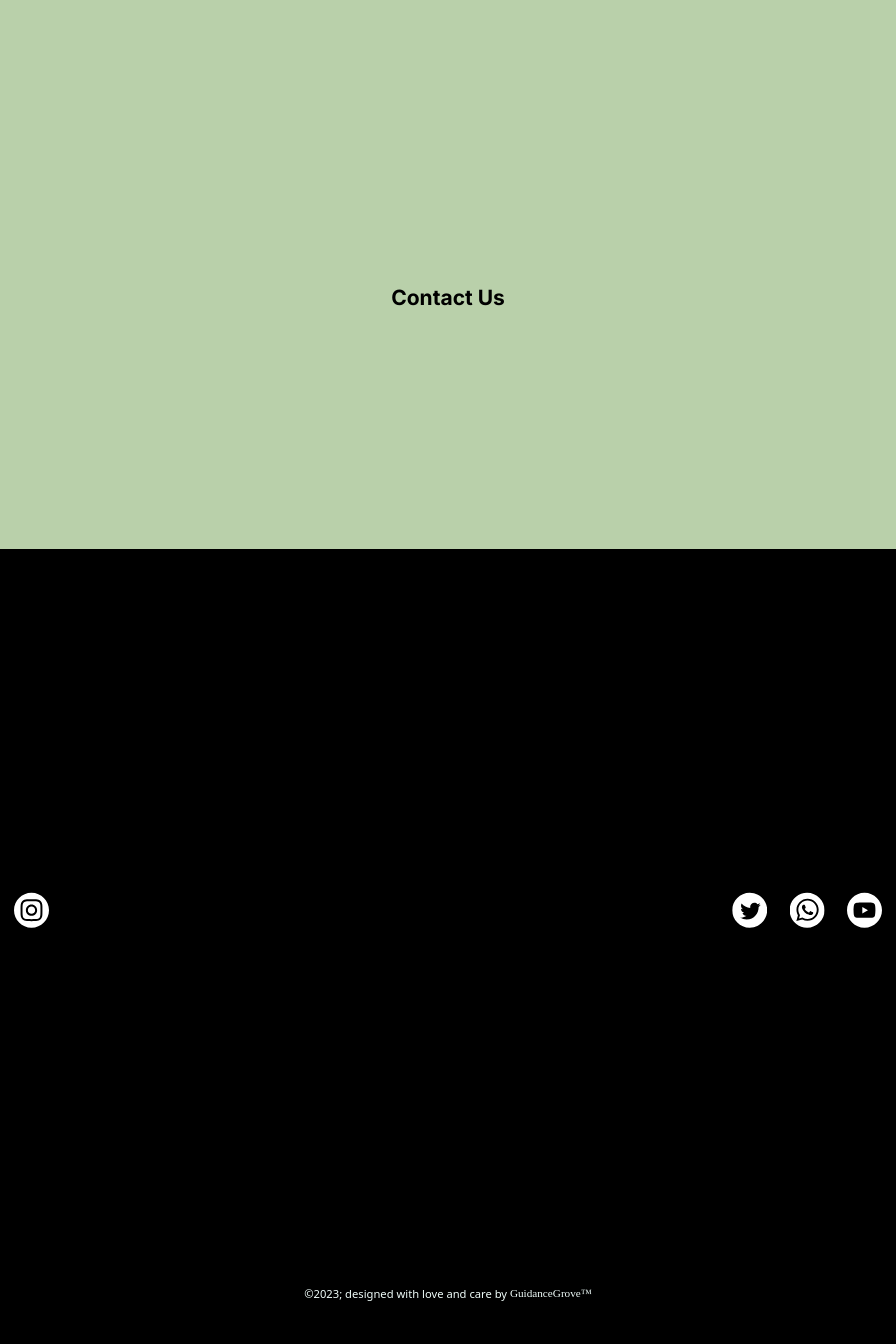
Repository: PositiveGuy/GuidanceGrove
Page: /
An editor plug-in stored every save of this project. The page is shown before and after the next save, followed by the edit.
The browser window is 1280 px wide. The pictures show the part of the page from y = 2816 to 4736 px (the page is 4736 px tall before and 3874 px after), at 70% of full size.
The project was rebuilt for these pictures with package versions that can differ from the ones it lists, and the page was loaded fresh each time. The framework's server and built-in components were replaced by stand-ins that run in the browser. Also part of the build but not shown: next.config.js.

Above is the page before, as saved 2023-12-28 11:59:19.

### src/app/layout.tsx
import React from 'react';
import Header from '../components/header';
import Footer from '../components/footer';
import { Inter } from 'next/font/google';
import './globals.css';
import { ThemeContextProvider } from '@/context/ThemeContext';
import ThemeProvider from '@/providers/ThemeProvider';
import ThemeWrapper from '@/components/ThemeWrapper';

//font
const inter = Inter({ subsets: ['latin'] });



//header and footer layout
const RootLayout = ({ children }: { children: React.ReactNode }) => {
  return (
    <html lang='en'>
      <body>
        <ThemeContextProvider>
          <ThemeProvider>
            <Header />
            <ThemeWrapper>
              <main className={inter.className}>{children}</main>
            </ThemeWrapper>
            <Footer />
          </ThemeProvider>
        </ThemeContextProvider>
      </body>
    </html>
  );
};

export default RootLayout;

### src/app/page.tsx
import React from 'react';
//components import
import BelieveSection from '../components/BelieveSection';
import ServicesSection from '../components/ServicesSection';
import TestimonialsSection from '../components/TestimonialsSection';
import CallToActionSection from '../components/CallToActionSection';
import ContactSection from '../components/ContactSection';


//page layout
const Page = () => {
  return (
    <>
      <BelieveSection />
      <ServicesSection />
      <TestimonialsSection />
      <CallToActionSection />
      <ContactSection />
    </>
  );
};

export default Page;

### src/components/header.tsx
"use client"
import ThemeToggle from "./ThemeToggle";


const Header = () => {
  return (
    <nav className="fixed z-50 w-full flex justify-between items-center p-5 bg-black">
      {/* Left Side: Logo and GuidanceGrove™ */}
      <div className="flex items-center space-x-3">
        <img src="/Logo/guidance-grove-logo.png" alt="Guidance Grove Logo" className="h-12 w-12 rounded-full" />
        <div className="text-xl font-caveat font-bold text-white">
          GuidanceGrove™
        </div>
      </div>

      {/* Center: Navigation Links */}
      <div>
        <ul className="flex space-x-4">
          <li><a href="/" className="text-neutral-400 hover:text-white">Home</a></li>
          <li><a href="/about" className="text-neutral-400 hover:text-white">About</a></li>
          <li><a href="/services" className="text-neutral-400 hover:text-white">Services</a></li>
          <li><a href="/contact" className="text-neutral-400 hover:text-white">Contact</a></li>
        </ul>
      </div>

      {/* Right Side: Placeholders for Language, Search, and Dark Mode Toggle */}
      <div className="flex items-center space-x-3">
        <div className="text-white">Language</div>
        <div className="text-white">Search</div>
        <ThemeToggle />
      </div>
    </nav>
  );
};

export default Header;

### src/components/footer.tsx
"use client"
import { ThemeContext } from "@/context/ThemeContext";
import Image from "next/image";
import { useContext } from "react";
import Fb from "../../public/SVGs/fb";

const Footer = () => {
  const { theme } = useContext(ThemeContext)
  return (
    <footer className={`p-5 bg-black shadow-inner text-center  `}>
      <div className={`flex justify-center space-x-8 mt-10 `}>
        {/* Placeholder for social icons */}
        <Image src={"/SVGs/ig.svg"} width={50} height={50} alt="ig"></Image>
        <Fb />
        <Image src={"/SVGs/tw.svg"} width={50} height={50} alt="tw"></Image>
        <Image src={"/SVGs/wa.svg"} width={50} height={50} alt="wa"></Image>
        <Image src={"/SVGs/yt.svg"} width={50} height={50} alt="in"></Image>
      </div>

      <div className="flex justify-center space-x-1 mb-10 text-teal-50">
        <div className="mt-20">
          ©2023; designed with love and care by
        </div>
        <div className="mt-20 font-caveat">
          GuidanceGrove™
        </div>
      </div>
    </footer>
  );
};
//make GuidanceGrove in font Caveat
export default Footer;

### src/app/globals.css
@tailwind base;
@tailwind components;
@tailwind utilities;

:root {
  --foreground-rgb: 0, 0, 0;
  --background-start-rgb: 214, 219, 220;
  --background-end-rgb: 255, 255, 255;
}

@media (prefers-color-scheme: dark) {
  :root {
    --foreground-rgb: 255, 255, 255;
    --background-start-rgb: 0, 0, 0;
    --background-end-rgb: 0, 0, 0;
  }
}

body {
  color: rgb(var(--foreground-rgb));
  background: linear-gradient(
      to bottom,
      transparent,
      rgb(var(--background-end-rgb))
    )
    rgb(var(--background-start-rgb));
}

.custom-shadow {
    box-shadow: 0 2px 4px rgba(0, 0, 0, 0.2);
}

### src/context/ThemeContext.tsx
"use client"
import { createContext, useState, ReactNode, useEffect } from "react"

interface ChildrenProps {
    children: ReactNode
}

interface ThemeContextType {
    theme: string
    toggle: () => void
}

// This component is responsible to registering and remembering what theme was chosen by the user
// we use local storage for that
export const ThemeContext = createContext<ThemeContextType>({
    theme: "light",
    toggle: () => { },
})

function getFromLocalStorage() {
    if (typeof window === "undefined") {
        return "light";
    }
    const storedTheme = localStorage.getItem("theme");
    console.log("Initial theme from localStorage:", storedTheme); // Debug log
    return storedTheme || "light";
}


export const ThemeContextProvider = ({ children }: ChildrenProps) => {
    const [theme, setTheme] = useState<string>(getFromLocalStorage)

    // since next.js uses server side rendering, we must specify if the transition to client is completed
    const toggle = () => {
        setTheme(prevTheme => prevTheme === "light" ? "dark" : "light");
    };



    useEffect(() => {
        console.log("Updating theme in localStorage to:", theme); // Debug log
        localStorage.setItem("theme", theme);
    }, [theme]);



    return <ThemeContext.Provider value={{ theme, toggle }}>{children}</ThemeContext.Provider>
}

### src/providers/ThemeProvider.tsx
"use client"

import { ThemeContext } from "@/context/ThemeContext"
import { useState, useEffect, useContext, ReactNode } from "react"


interface ChildrenProps {
    children: ReactNode
}

// this component is created to keep the layout/page as server side rendered.
// useContext() requires you to have "use client"

export default function ThemeProvider({ children }: ChildrenProps) {
    const { theme } = useContext(ThemeContext)
    const [mounted, setMounted] = useState(false)

    useEffect(() => {
        setMounted(true)
    }, [])

    if (mounted) {
        return <div className={theme}>{children}</div>
    }
    return <div className={theme}>{children}</div>
}

### src/components/ThemeWrapper.tsx
"use client"
import React, { useContext } from 'react';
import { ThemeContext } from '@/context/ThemeContext';

const ThemeWrapper = ({ children }: { children: React.ReactNode }) => {
    const { theme } = useContext(ThemeContext);

    return (
        <div className={`${theme === "light" ? " bg-sage text-black" : "bg-gray-700 text-slate-400"}`}>
            {children}
        </div>
    );
};

export default ThemeWrapper;

### src/components/BelieveSection.tsx
"use client"
import { ThemeContext } from "@/context/ThemeContext";
import { useContext } from "react";

const BelieveSection = () => {
  const { theme } = useContext(ThemeContext)
  return (
    <div id="believe" className={`h-screen flex items-center justify-center`}>
      <div className="text-center">
        <h2 className="text-3xl font-bold">What We Believe</h2>
        <p className="mt-4">At Guidance Grove, we are dedicated to illuminating the path of learning for every student.
          We believe that education is a journey best navigated with support, understanding, and personalized guidance.
          Our mission is to provide a nurturing environment where learners of all ages and backgrounds
          can discover their potential, overcome challenges, and achieve their academic goals.
          Through a combination of expert tutoring, mentorship, and a commitment to individual growth,
          we strive to empower students to take confident steps towards their future,
          fostering lifelong learners who are equipped to navigate the world with knowledge and curiosity.</p>
      </div>
    </div>
  );
};

export default BelieveSection;

### src/components/ServicesSection.tsx
"use client"
import { ThemeContext } from "@/context/ThemeContext";
import { useContext } from "react";

const ServicesSection = () => {
  const { theme } = useContext(ThemeContext)
  return (
    <div id="services" className={`h-screen flex items-center justify-center  `}>
      <div className="text-center">
        <h2 className="text-3xl font-bold">What We Do</h2>
        {/* Add service details here */}
      </div>
    </div>
  );
};

export default ServicesSection;

### src/components/TestimonialsSection.tsx
"use client"
import { ThemeContext } from "@/context/ThemeContext";
import { useContext } from "react";

const TestimonialsSection = () => {
  const { theme } = useContext(ThemeContext)
  return (
    <div id="testimonials" className={`h-screen flex items-center justify-center   `}>
      <div className="text-center">
        <h2 className="text-3xl font-bold">What People Say</h2>
        {/* Add testimonials here */}
      </div>
    </div>
  );
};

export default TestimonialsSection;

### src/components/CallToActionSection.tsx
"use client"
import { ThemeContext } from "@/context/ThemeContext";
import { useContext } from "react";

const CallToActionSection = () => {
  const { theme } = useContext(ThemeContext)
  return (
    <div id="cta" className={`h-screen flex items-center justify-center  `}>
      <div className="container mx-auto px-4 sm:px-6 lg:px-8">
        <div className="flex flex-wrap -mx-4 items-center">
          <div className="text-left lg:w-1/2 px-4 mb-4 lg:mb-0">
            <h2 className="text-5xl font-bold">Payments tool for software companies</h2>
            <p className="mt-2 text-lg">From checkout to global sales tax compliance, companies around the world use Flowbite to simplify their payment stack.</p>
            <button className="mt-4 bg-blue-500 text-white py-2 px-4 rounded hover:bg-blue-700">
              Get started ➤
            </button>
          </div>
          <div className="lg:w-1/2 px-4 flex justify-center lg:justify-end">
            <img src="DALLE/career.png" alt="Software Payment Tool" className="object-contain lg:object-cover h-80 w-full lg:w-auto rounded-lg shadow-lg" />
          </div>
        </div>
      </div>
    </div>
  );
};

export default CallToActionSection;

### src/components/ContactSection.tsx
"use client"
import { ThemeContext } from "@/context/ThemeContext";
import { useContext } from "react";

const ContactSection = () => {
  const { theme } = useContext(ThemeContext)
  return (
    <div id="contact" className={`h-screen flex items-center justify-center  `}>
      <div className="text-center">
        <h2 className="text-3xl font-bold">Contact Us</h2>
        {/* Add contact form or information here */}
      </div>
    </div>
  );
};

export default ContactSection;

### src/components/ThemeToggle.tsx
"use client"
import { useContext } from 'react'
import { Switch } from '@headlessui/react'
import { ThemeContext } from '@/context/ThemeContext'

export default function Example() {
    const { toggle, theme } = useContext(ThemeContext)

    // Determine if the switch should be on or off based on the current theme
    const isDarkMode = theme === 'dark'

    return (
        <div className="flex items-center justify-center p-6"> {/* Adjusted for centering */}
            <Switch
                checked={isDarkMode}
                onChange={toggle} // Use the toggle function from context
                className={`${isDarkMode ? 'bg-teal-900' : 'bg-teal-700'}
                    relative inline-flex items-center h-6 rounded-full w-11 transition-colors focus:outline-none`}
            >
                <span className="sr-only">Toggle theme</span>
                <span
                    aria-hidden="true"
                    className={`${isDarkMode ? 'translate-x-6' : 'translate-x-1'}
                        inline-block w-4 h-4 transform bg-white rounded-full transition-transform`}
                />
            </Switch>
        </div>
    )
}

### public/SVGs/fb.tsx
import { useContext } from 'react';
import { ThemeContext } from '@/context/ThemeContext'; // Adjust the import path as needed

const MySVG = () => {
  const { theme } = useContext(ThemeContext);

  return (
    <svg
      className={theme === 'dark' ? 'filter invert' : ''}
      height="100%"
      style={{ fillRule: 'evenodd', clipRule: 'evenodd', strokeLinejoin: 'round', strokeMiterlimit: 2 }}
      version="1.1"
      viewBox="0 0 512 512"
      width="100%"
      xmlns="http://www.w3.org/2000/svg"
    >
      <path
        d="M512,257.555c0,-141.385 -114.615,-256 -256,-256c-141.385,0 -256,114.615 -256,256c0,127.777 93.616,233.685 216,252.89l0,-178.89l-65,0l0,-74l65,0l0,-56.4c0,-64.16 38.219,-99.6 96.695,-99.6c28.009,0 57.305,5 57.305,5l0,63l-32.281,0c-31.801,0 -41.719,19.733 -41.719,39.978l0,48.022l71,0l-11.35,74l-59.65,0l0,178.89c122.385,-19.205 216,-125.113 216,-252.89Z"
        style={{ fill: 'currentColor' }}
      />
    </svg>
  );
};

export default MySVG;

### tailwind.config.ts
import type { Config } from 'tailwindcss'

const config: Config = {
  content: [
    './src/pages/**/*.{js,ts,jsx,tsx,mdx}',
    './src/components/**/*.{js,ts,jsx,tsx,mdx}',
    './src/app/**/*.{js,ts,jsx,tsx,mdx}',
  ],
  theme: {
    extend: {
      backgroundImage: {
        'gradient-radial': 'radial-gradient(var(--tw-gradient-stops))',
        'gradient-conic':
          'conic-gradient(from 180deg at 50% 50%, var(--tw-gradient-stops))',

      },
      colors: {
        sage: '#B9D0AA',
      },

      fontFamily: {
        caveat: ['Caveat', 'cursive'],
      },

    },

  },
  plugins: [],
}
export default config

After the next save:
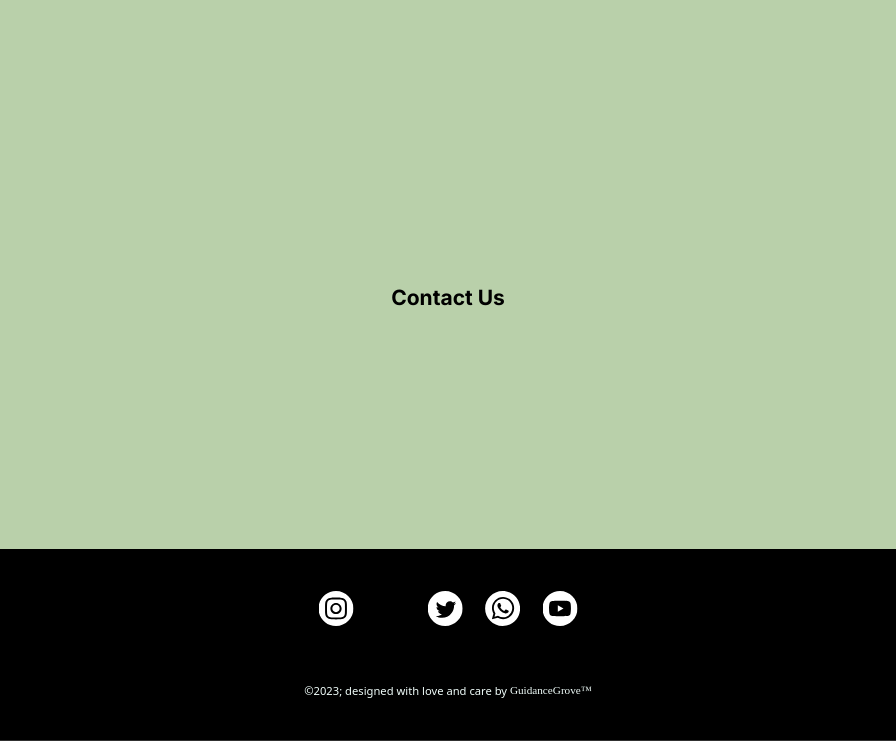
Saved 29 s later.
--- a/public/SVGs/fb.tsx
+++ b/public/SVGs/fb.tsx
@@ -7,11 +7,12 @@
   return (
     <svg
       className={theme === 'dark' ? 'filter invert' : ''}
-      height="100%"
+      width={42}
+      height={40}
       style={{ fillRule: 'evenodd', clipRule: 'evenodd', strokeLinejoin: 'round', strokeMiterlimit: 2 }}
       version="1.1"
       viewBox="0 0 512 512"
-      width="100%"
+
       xmlns="http://www.w3.org/2000/svg"
     >
       <path

After the 3 saves that followed:
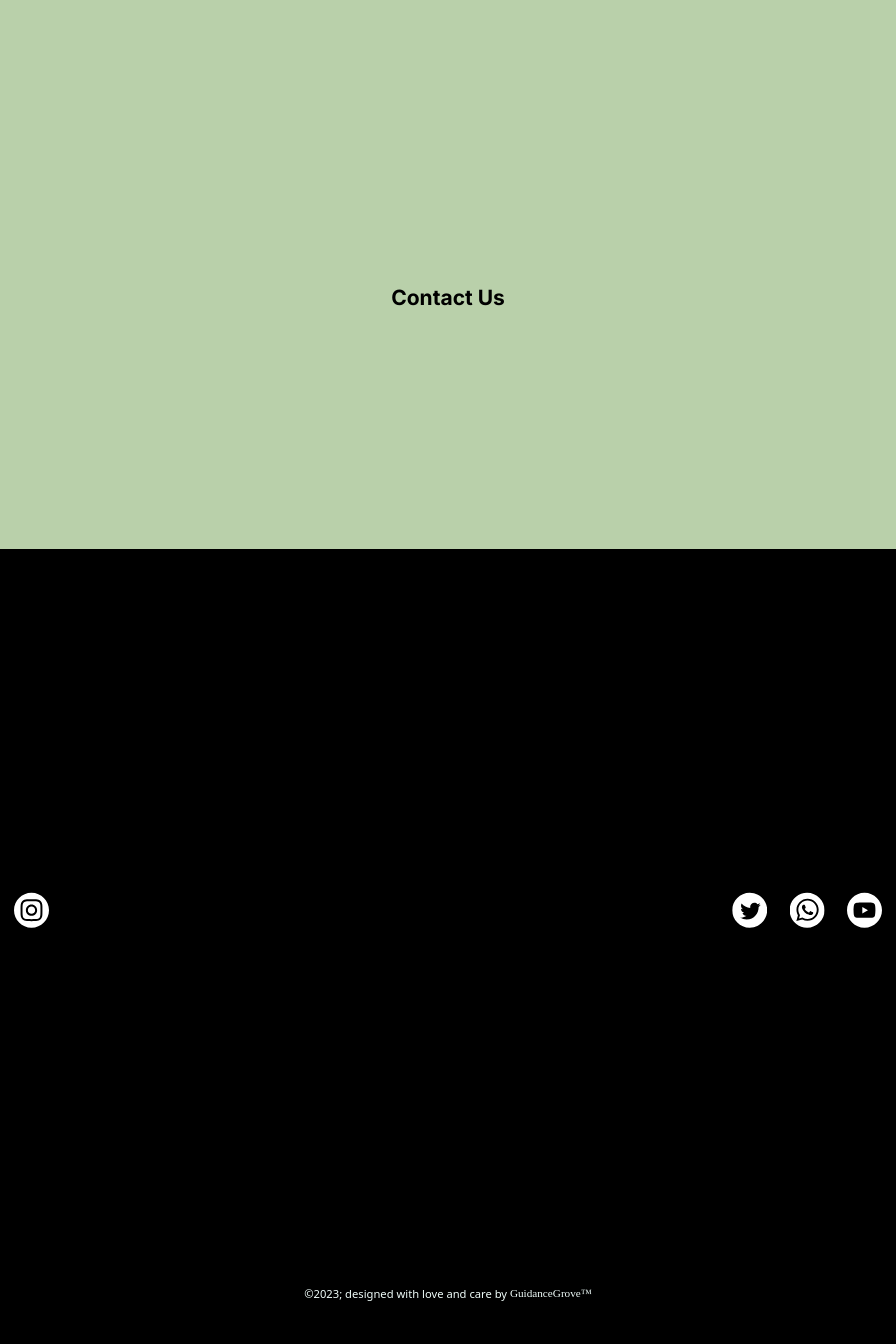
The 3 saves are shown as one change because 2 left the picture as it was.
The last was saved 85 s later.
--- a/public/SVGs/fb.tsx
+++ b/public/SVGs/fb.tsx
@@ -7,12 +7,11 @@
   return (
     <svg
       className={theme === 'dark' ? 'filter invert' : ''}
-      width={42}
-      height={40}
+      height="100%"
       style={{ fillRule: 'evenodd', clipRule: 'evenodd', strokeLinejoin: 'round', strokeMiterlimit: 2 }}
       version="1.1"
       viewBox="0 0 512 512"
-
+      width="100%"
       xmlns="http://www.w3.org/2000/svg"
     >
       <path
